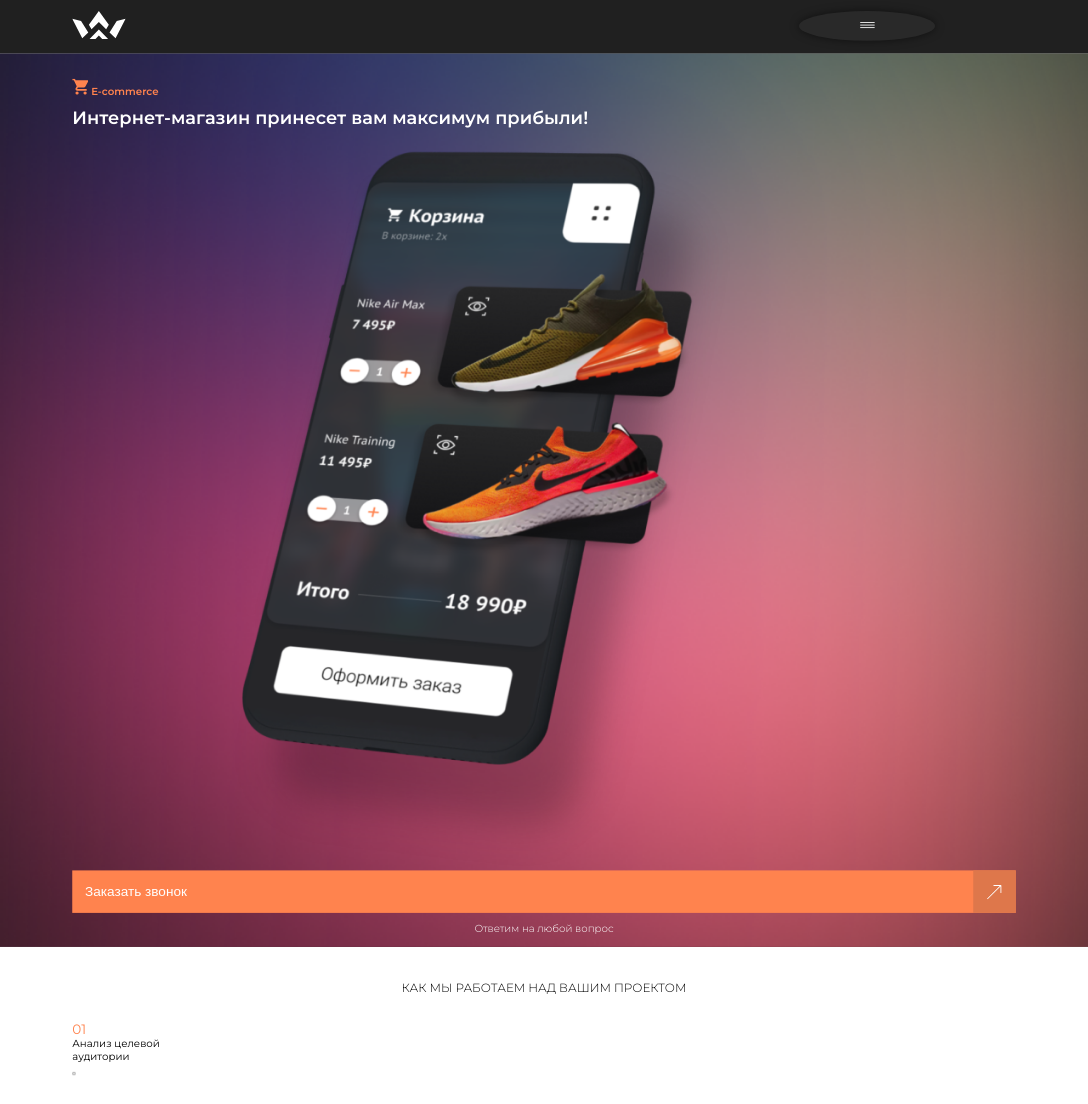
Repository: Gabi0605/my-tests
Page: web_alternative/index.html
The author's editor kept a copy of each file at every save. The page is drawn from the files as they stood at one save, then again after the next save.
The browser window is 1280 px wide. The pictures show the whole page, at 85% of full size.
The style sheet was rebuilt from its Sass, Less or Tailwind sources for each picture, by a compiler version that may differ from the author's.

Above is the page before, as saved 2020-01-19 20:16:52.

After the next save:
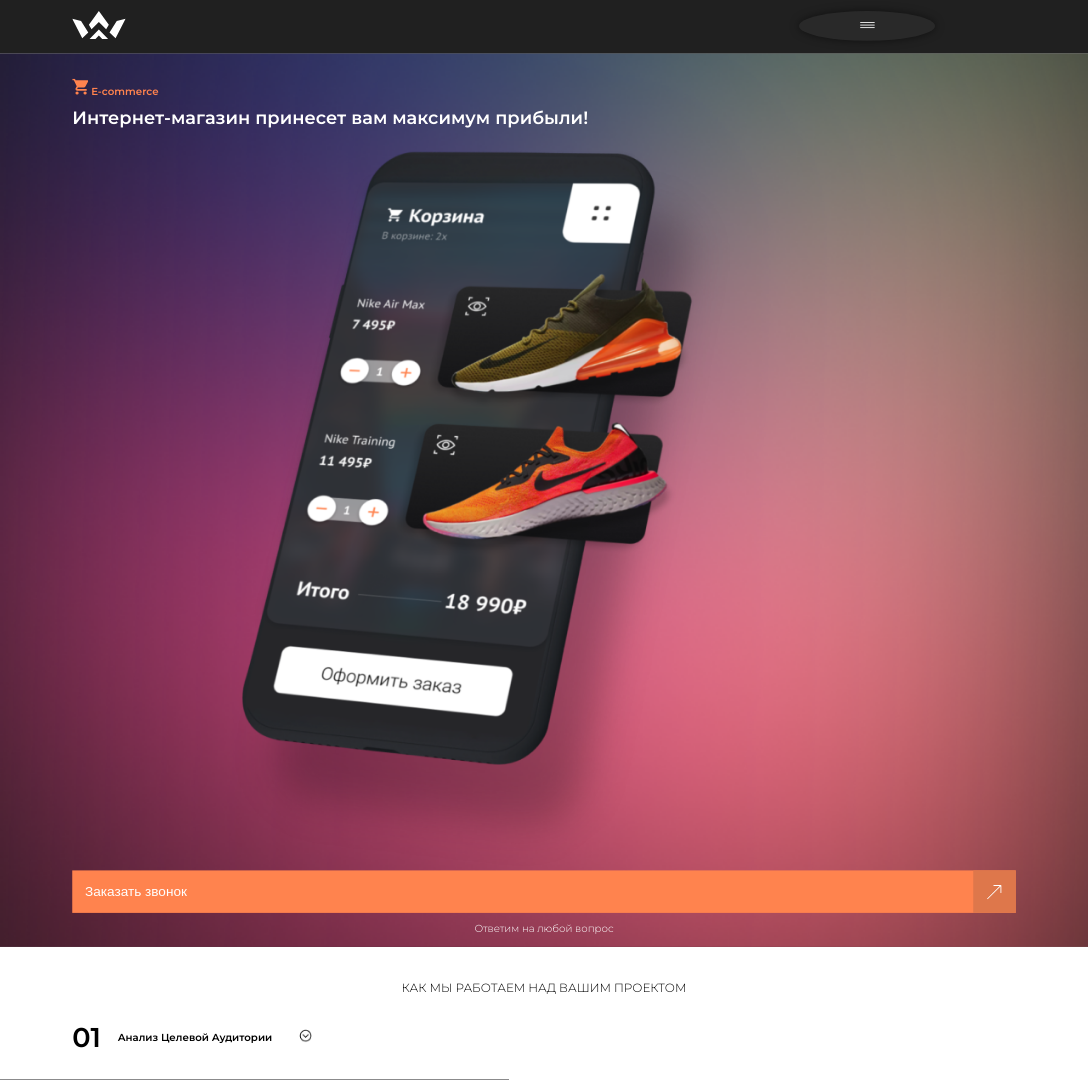
Saved 2 s later.
--- a/web_alternative/less/style.less
+++ b/web_alternative/less/style.less
@@ -117,7 +117,7 @@
         text-align: center;
         padding-bottom: 30px;
     }
-    .items{
+    .item{
         display: flex;
         align-items: center;
         &__number{
